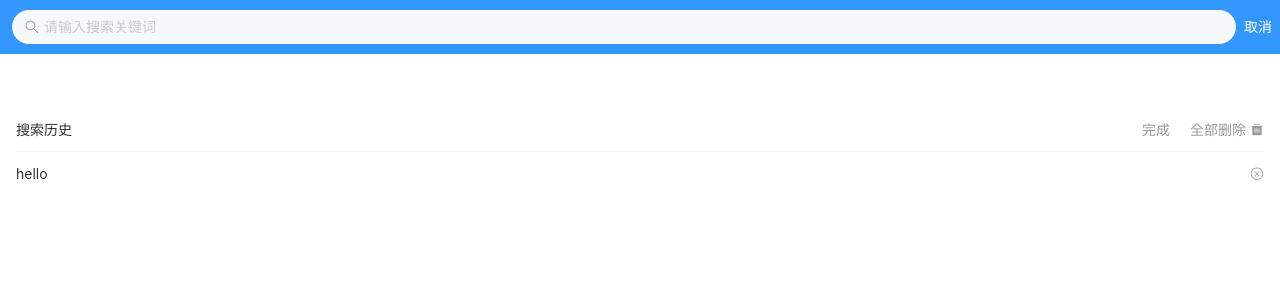
Repository: Tsukiau/yj-toutiao-m
Page: /#/search
These files come from the project's save history. The page is drawn as it stood at one moment and after the next save; the edit follows.
The browser window is 1280 px wide. The pictures show the whole page.
The project was rebuilt for these pictures with package versions that can differ from the ones it lists, and the page was loaded fresh each time. Also part of the build but not shown: vue.config.js, src/api/search.js, src/views/search/components/search-result.vue, src/views/search/components/search-suggestion.vue.

Above is the page before, as saved 2022-11-09 20:26:57.

### public/index.html
<!DOCTYPE html>
<html lang="">
  <head>
    <meta charset="utf-8">
    <meta http-equiv="X-UA-Compatible" content="IE=edge">
    <meta name="viewport" content="width=device-width,initial-scale=1.0">
    <link rel="icon" href="<%= BASE_URL %>favicon.ico">
    <title><%= htmlWebpackPlugin.options.title %></title>
    <meta name="referrer" content="no-referrer" />
  </head>
  <body>
    <noscript>
      <strong>We're sorry but <%= htmlWebpackPlugin.options.title %> doesn't work properly without JavaScript enabled. Please enable it to continue.</strong>
    </noscript>
    <div id="app"></div>
    <!-- built files will be auto injected -->
  </body>
</html>

### src/main.js
import Vue from 'vue'
import App from './App.vue'
import router from './router'
import store from './store'

import Vant from 'vant'
import 'vant/lib/index.css'
import 'amfe-flexible'

// 导入全局的样式文件
import './css/index.css'
Vue.use(Vant)

import '@/utils/moment'

Vue.config.productionTip = false

new Vue({
  router,
  store,
  render: h => h(App)
}).$mount('#app')

### src/App.vue
<template>
  <div id="app">
    <router-view></router-view>
  </div>
</template>

<style lang="less">
</style>

### src/router/index.js
import Vue from 'vue'
import VueRouter from 'vue-router'
import store from '@/store'
Vue.use(VueRouter)

const routes = [
  {
    path: '/login',
    name: 'login',
    component: () => import('@/views/login')
  },
  {
    path: '/',
    component: () => import('@/views/layout'),
    children: [
      {
        path: '/',
        name: 'home',
        component: () => import('@/views/home')
      },
      {
        path: '/my',
        name: 'my',
        component: () => import('@/views/my')
      },
      {
        path: '/ask',
        name: 'ask',
        component: () => import('@/views/ask')
      },
      {
        path: '/video',
        name: 'video',
        component: () => import('@/views/video')
      }
    ]
  },
  {
    path: '/search',
    name: 'search',
    component: () => import('@/views/search')
  }

]

const router = new VueRouter({
  routes
})

/*前置守卫 */
/*  router.beforeEach((to, from, next) => {
   if(store.state.user.token){
      next()
   }else {
      if(to.path === '/login'){
        next()
        return
      }
      next('/login')
   }
})   */



export default router

### src/store/index.js
import Vue from 'vue'
import Vuex from 'vuex'

import user from './modules/user'
Vue.use(Vuex)

export default new Vuex.Store({
   modules: {
     user
   }

})

### src/css/index.css
@font-face {
  font-family: "iconfont";
  /* Project id 3671134 */
  src: url('//at.alicdn.com/t/c/font_3671134_2emfzv8sq1v.woff2?t=1664107686856') format('woff2'), url('//at.alicdn.com/t/c/font_3671134_2emfzv8sq1v.woff?t=1664107686856') format('woff'), url('//at.alicdn.com/t/c/font_3671134_2emfzv8sq1v.ttf?t=1664107686856') format('truetype');
}
.iconfont {
  font-family: "iconfont" !important;
  font-size: 16px;
  font-style: normal;
  -webkit-font-smoothing: antialiased;
  -moz-osx-font-smoothing: grayscale;
}
.icon-fenxiang:before {
  content: "\e60a";
}
.icon-zuopin:before {
  content: "\e60b";
}
.icon-pinglun1:before {
  content: "\e60c";
}
.icon-guanbi:before {
  content: "\e60d";
}
.icon-gengduo:before {
  content: "\e60e";
}
.icon-shanchu:before {
  content: "\e60f";
}
.icon-shouye1:before {
  content: "\e610";
}
.icon-shoucang:before {
  content: "\e611";
}
.icon-shouji1:before {
  content: "\e612";
}
.icon-zuojiantou:before {
  content: "\e613";
}
.icon-sousuo:before {
  content: "\e614";
}
.icon-dianzan:before {
  content: "\e615";
}
.icon-wenda:before {
  content: "\e616";
}
.icon-wuwangluo1:before {
  content: "\e617";
}
.icon-fenxiang1:before {
  content: "\e618";
}
.icon-dianzan2:before {
  content: "\e619";
}
.icon-shipin:before {
  content: "\e61a";
}
.icon-yanzhengma:before {
  content: "\e61b";
}
.icon-lishi1:before {
  content: "\e61c";
}
.icon-wode:before {
  content: "\e61d";
}
.icon-youjiantou:before {
  content: "\e61e";
}
.icon-zuopin1:before {
  content: "\e61f";
}
.icon-yuedu:before {
  content: "\e620";
}
.icon-pinglun:before {
  content: "\e601";
}
.icon-lishi:before {
  content: "\e602";
}
.icon-shouye:before {
  content: "\e603";
}
.icon-shouji:before {
  content: "\e604";
}
.icon-wuwangluo:before {
  content: "\e605";
}
.van-nav-bar {
  background-color: #3296fa;
}
.van-nav-bar /deep/ .van-nav-bar__title {
  color: #fff;
}

### src/utils/moment.js
import moment from 'moment'
import Vue from 'vue'
import 'moment/locale/zh-cn';
moment.locale('zh-cn');
Vue.filter('relativeTime',value => {
    return moment(value, "YYYYMMDD").fromNow();
})

### src/views/search/index.vue
<template>
  <div class="search">
    <!-- Search 组件提供了 search 和 cancel 事件，
        search 事件在点击键盘上的搜索/回车按钮后触发，
        cancel 事件在点击搜索框右侧取消按钮时触发。 -->
    <form action="/">
      <van-search
      v-model="search_text"
      show-action
      shape="round"
      background="#3296fa"
      placeholder="请输入搜索关键词"
        @search="onSearch"
        @cancel="onCancel"
        @focus="isResultShow = false"/>
    </form>

    <!-- 搜索结果 -->
    <search-result v-if="isResultShow"
    :searchText="search_text"
    />

     <!--  联想建议  -->
     <search-suggestion v-else-if="search_text"
     :search_text="search_text"
     @search="onSearch"
     />

     <!-- 搜索历史 -->
     <search-history v-else :searchHistories="searchHistories" />


  </div>
</template>

<script>
import searchHistory from './components/search-history.vue';
import SearchResult from './components/search-result.vue';
import SearchSuggestion from './components/search-suggestion.vue';
export default {
  components: { searchHistory, SearchResult, SearchSuggestion },
  name: 'search',
  data() {
    return {
      search_text: '', // 搜索框的内容
      isResultShow: false,
      searchHistories: [] // 搜索历史记录

    };
  },
  methods: {
    // 点击键盘上的搜索/回车按钮后触发
    onSearch(v) {
      this.search_text = v
      // 存储搜索历史记录
      const index = this.searchHistories.indexOf(v)
     if(index !== -1){
      this.searchHistories.splice(index,1)
     }
      this.searchHistories.unshift(v)
      console.log(this.searchHistories)
      this.isResultShow =true

    },
    // 点击搜索框右侧取消按钮时触发
    onCancel() {
      console.log('取消');
    }
  }

}
</script>
<style  scoped lang="less">
.search{
   padding-top:108px ;
}
  .van-search{
     position: fixed;
     top: 0;
     left: 0;
     right: 0;
     z-index: 99;
     .van-search__action{
       color: #fff;
       background-color: #3296fa;
     }

   }
</style>

### src/store/modules/user.js
import { getToken, setToken,setRefresh_token,getRefresh_token } from '@/utils/Cookies'
import {login } from '@/api/user'

const state = {
  token: getToken(),
  refresh_token: getRefresh_token(),
  CHANNELS: JSON.parse(localStorage.getItem('CHANNELS'))
}
const mutations = {
  setToken(state, token) {
    state.token = token
    setToken(token)
  },

  setRefresh_token(state, refresh_token) {
    state.refresh_token = refresh_token
    setRefresh_token(refresh_token)
  },

  setCHANNELS(state, data){
     state.CHANNELS = data
     localStorage.setItem('CHANNELS', JSON.stringify(data))
  }
}
const actions = {
   async getLogin(context, data) {
    const {refresh_token,token} = await login(data)
    context.commit('setToken',token)
    context.commit('setRefresh_token',refresh_token)


  }
}
export default {
  namespaced: true,
  state,
  mutations,
  actions

}

### src/api/user.js
import request from '@/utils/request'

// 发送短信验证码
export function getSms (mobile) {
  return request({
    method: 'GET',
    url: `/v1_0/sms/codes/${mobile}`
  })
}

/**
 * 用户登录
 */
export function login(data) {
  return request({
    method: 'POST',
    url: '/v1_0/authorizations',
    data
  })
}

/*
 获取用户自己的信息
*/
export function getUserInfo(){
  return request({
    method: 'GET',
    url: '/v1_0/user',
  })
}

/**
 * 获取用户自己的信息
 */
 export const getUserChannels = () => {
  return request({
    method: 'GET',
    url: '/v1_0/user/channels'
  })
}

### src/views/search/components/search-history.vue
<template>
  <div class="search-history">
    <van-cell title="搜索历史" class="cell_head">
      <span>完成</span>
      <span>全部删除 </span>
      <van-icon name="delete" />
    </van-cell>
    <van-cell title="hello">
      <van-icon name="close" />
    </van-cell>

  </div>
</template>

<script>
export default {
  name: 'SearchHistory',
  props: {
    searchHistories: {
       type: Array,
       required:true
    }
  },
  data () {
    return {

    }
  },
  methods: {

  }
}
</script>

<style scoped lang="less">
.cell_head{
   span:nth-child(2) {
     margin-left: 20px;
   }
}</style>

### src/utils/Cookies.js
import Cookies from 'js-cookie'

const Token = 'Token'
const RefreshToken = 'RefreshToken'

export function getToken(){
   return Cookies.get(Token)
}

export function setToken(token){
    return Cookies.set(Token, token)
}

export function removeToken(){
    return Cookies.remove(Token)
}
//
export function getRefresh_token(){
    return Cookies.get(RefreshToken)
 }

 export function setRefresh_token(Refresh){
     return Cookies.set(RefreshToken, Refresh)
 }

### src/utils/request.js
import axios from 'axios'
import store from '@/store'
import router from '@/router'
const request = axios.create({
  //baseURL: 'http://toutiao.itheima.net/',
  baseURL: 'http://geek.itheima.net/',
    //timeout: 5000
})


 // 请求拦截器
request.interceptors.request.use(config => {
    if(store.state.user.token){
       config.headers.Authorization = `Bearer ${store.state.user.token}`
    }
    return config
},error => {
  return Promise.reject(error)
})


// 响应拦截器
request.interceptors.response.use(response => {
  const { message, data } = response.data
  if(message !== 'OK') return Promise.reject(new Error(message))
  return data
},async error => {
  if(error.response.status === 401){
       // token过期了
     if(store.state.user){
      const res =  await axios({
        url:'http://geek.itheima.net/v1_0/authorizations',
        method: 'PUT',
        headers: {
          Authorization: `Bearer ${store.state.user.refresh_token}`
        }
    })
    store.commit('user/setToken',res.data.data.token)
    store.commit('user/setRefresh_token',store.state.user.refresh_token)
    return request(error.config)
  }else {
     // 没有token，就直接跳转登录页面
     router.push('/login')
  }
  }else {
    return Promise.reject(error)
  }
})

export default request

After the next save:
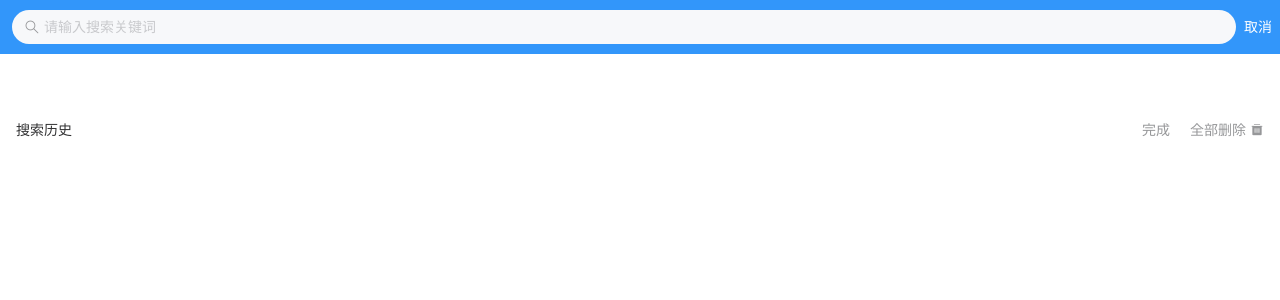
Saved 2 min 13 s later.
--- a/src/views/search/components/search-history.vue
+++ b/src/views/search/components/search-history.vue
@@ -5,7 +5,7 @@
       <span>全部删除 </span>
       <van-icon name="delete" />
     </van-cell>
-    <van-cell title="hello">
+    <van-cell title="hello" v-for="item in searchHistories">
       <van-icon name="close" />
     </van-cell>
 
